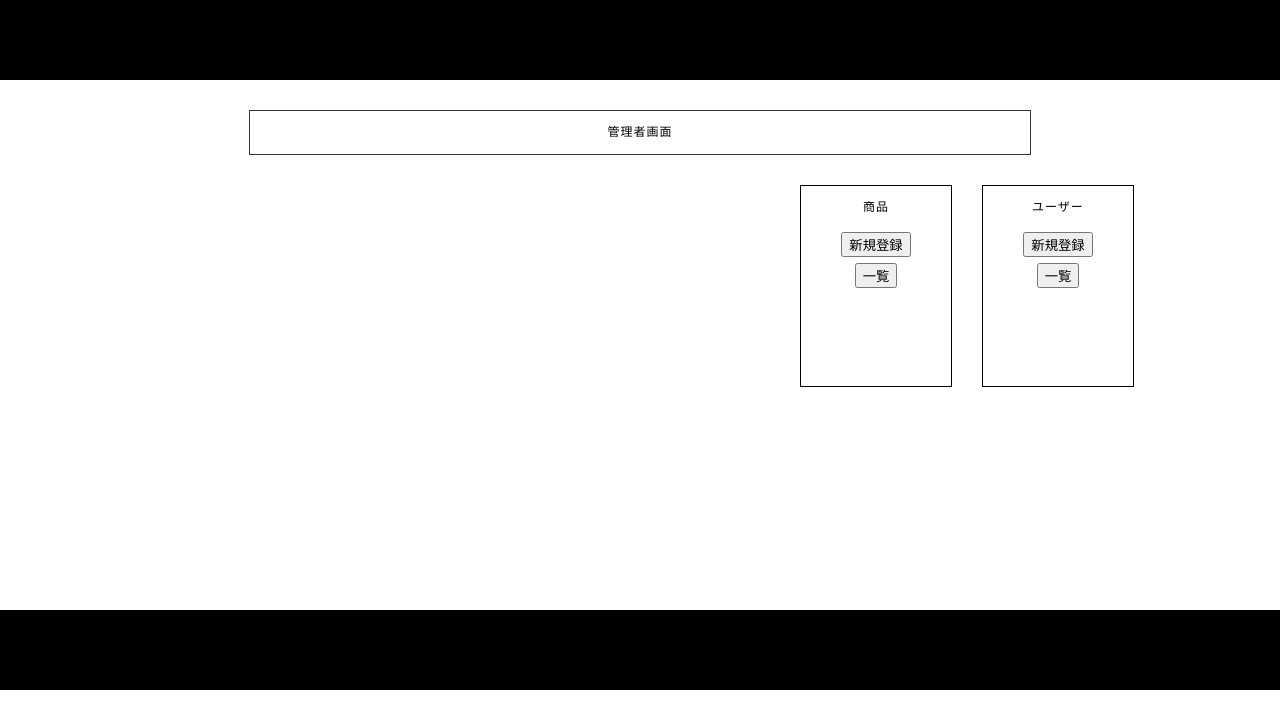
Repository: xiezom/test
Page: http://localhost/ecsite/AdminAction.action
These files come from the project's save history. The page is drawn as it stood at one moment and after the next save; the edit follows.
The browser window is 1280 px wide. The pictures show the whole page.
The page is served by Tomcat 9. Other server files are loaded and not shown.

Above is the page before, as saved 2019-03-12 07:46:21.

### ecsite/WebContent/admin.jsp
<%@ page language="java" contentType="text/html; charset=UTF-8"
    pageEncoding="UTF-8"%>
<%@ taglib prefix="s" uri="/struts-tags"%>
<!DOCTYPE html>
<html>
<head>

	<meta http-equiv="Content-Type" content="text/html; charset=utf8"/>
	<meta http-equiv="Content-Style-Type" content="text/css"/>
	<meta http-equiv="Content-Script-Type" content="text/javascript"/>
	<meta http-equiv="imagetoolbar" content="no">
	<meta name="description" content=""/>
	<meta name="keywords" content=""/>

	<title>管理者画面</title>

	<style type="text/css">

		body {
			margin: 0;
			padding: 0;
			line-height: 1.6;
			letter-spacing: 1px;
			font-family: Verdana,Helvetica,sans-serif;
			font-size: 12px;
			background: #fff;
		}

		table {
			text-align: center;
			margin:0 auto;
		}

		.top {
			width: 780px;
			margin: 30px auto;
			border: 1px solid #333;
		}

		.header {
			width: 100%;
			height: 80px;
			background-color: black;
		}

		.main {
			width: 100%;
			height: 500px;
			text-align: center;
		}

		.footer {
			width:100%;
			height: 80px;
			background-color: black;
			clear: both;
		}

		.text-center {
			display: inline-block;
			text-align: center;
		}

		.items {
			width: 150px;
			height: 200px;
			display: inline-block;
			border: 1px solid black;
			margin-left: 800px;
			float: left;
		}
		.users {
			width: 150px;
			height: 200px;
			display: inline-block;
			border: 1px solid black;
			margin-left: 30px;
			float: left;
		}

	</style>

</head>
<body>

	<div class="header">
		<div class="pr">
		</div>
	</div>

	<div class="main">
		<div class="top">
			<p>管理者画面</p>
		</div>
		<div class="admin-contents">
			<div class="items">
				<p>商品</p>
				<s:form action="ItemCreateAction">
					<s:submit value="新規登録"/>
				</s:form>
				<s:form action="ItemListAction">
					<s:submit value="一覧"/>
				</s:form>
			</div>
			<div class="users">
				<p>ユーザー</p>
				<s:form action="UserCreateAction">
					<s:submit value="新規登録"/>
				</s:form>
				<s:form action="UserListAction">
					<s:submit value="一覧"/>
				</s:form>
			</div>
		</div>
	</div>
	<div class="footer">
		<div class="pr">
		</div>
	</div>


</body>
</html>

After the next save:
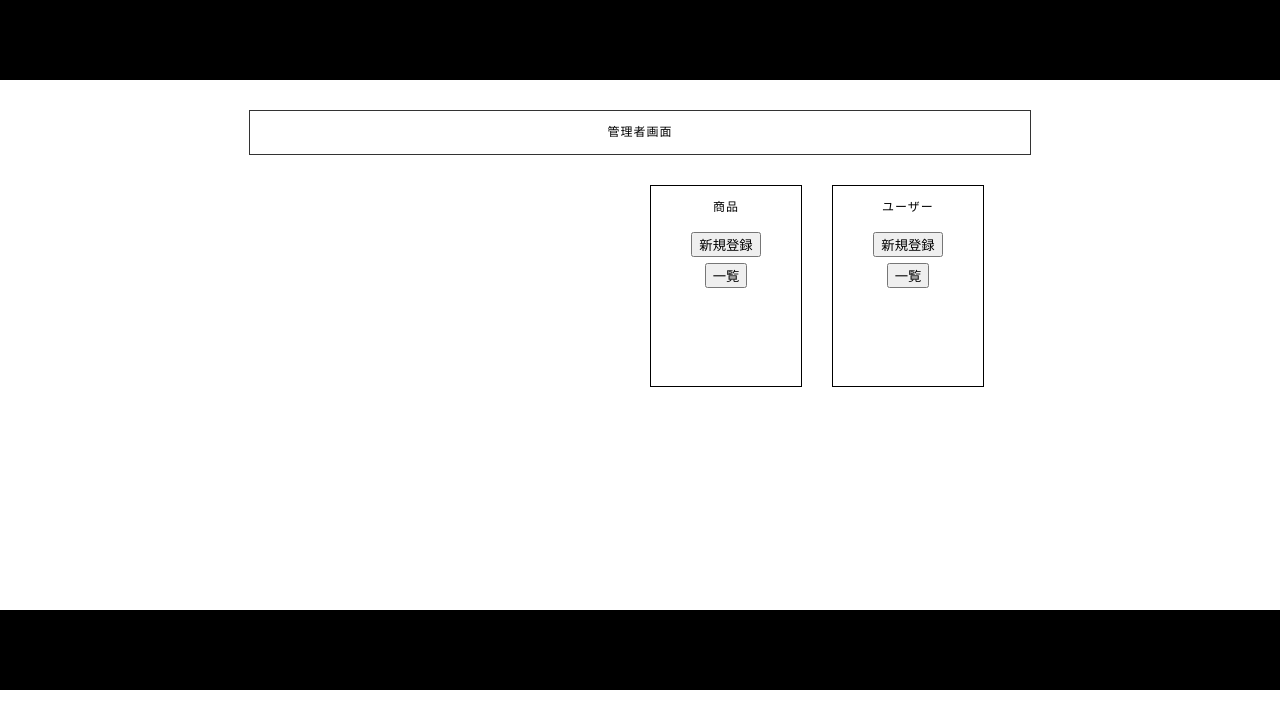
Saved 10 s later.
--- a/ecsite/WebContent/admin.jsp
+++ b/ecsite/WebContent/admin.jsp
@@ -66,7 +66,7 @@
 			height: 200px;
 			display: inline-block;
 			border: 1px solid black;
-			margin-left: 800px;
+			margin-left: 650px;
 			float: left;
 		}
 		.users {
